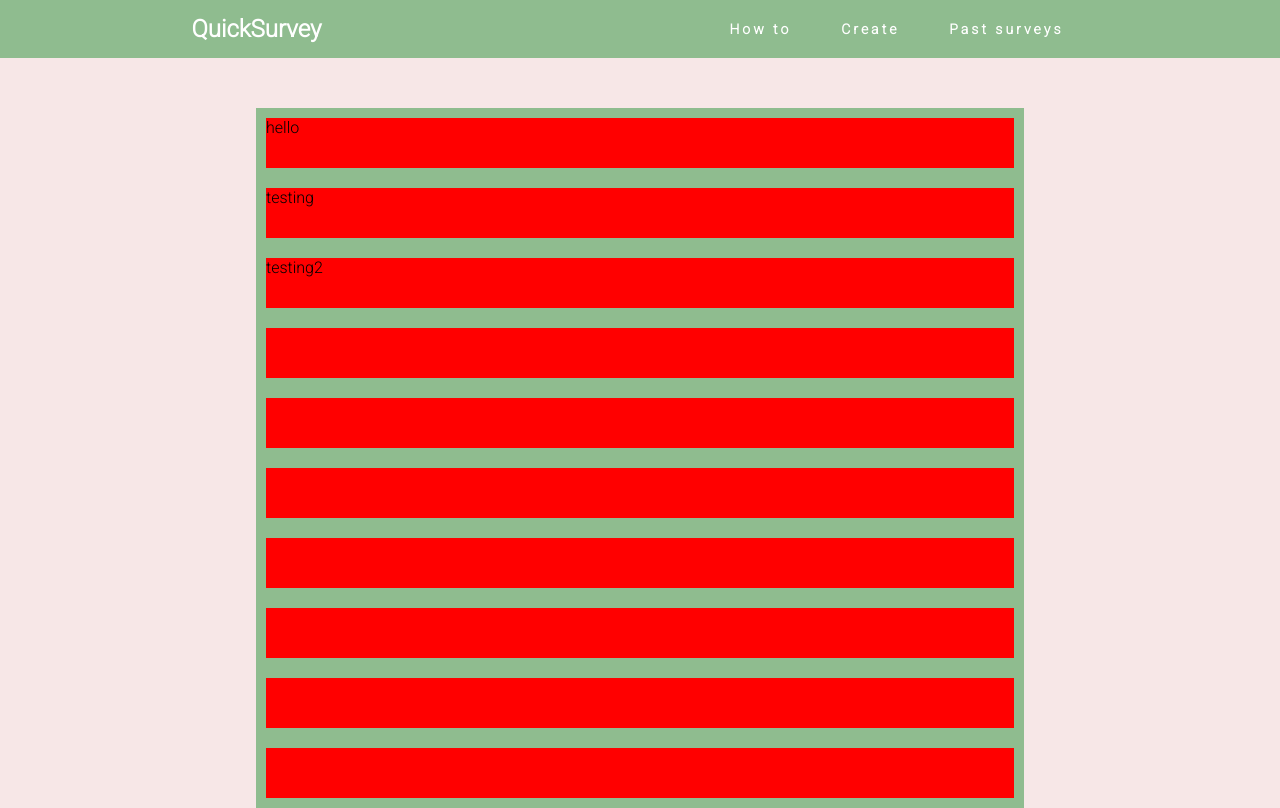
Repository: cakuang1/QuickSurvey
Page: pastsurveys.html
The author's editor kept a copy of each file at every save. The page is drawn from the files as they stood at one save, then again after the next save.
The browser window is 1280 px wide. The pictures show the whole page.
Some web libraries are served in a nearby version.

Above is the page before, as saved 2022-01-06 21:51:05.
Console error: TypeError: Cannot read properties of null (reading 'cloneNode')

After the next save:
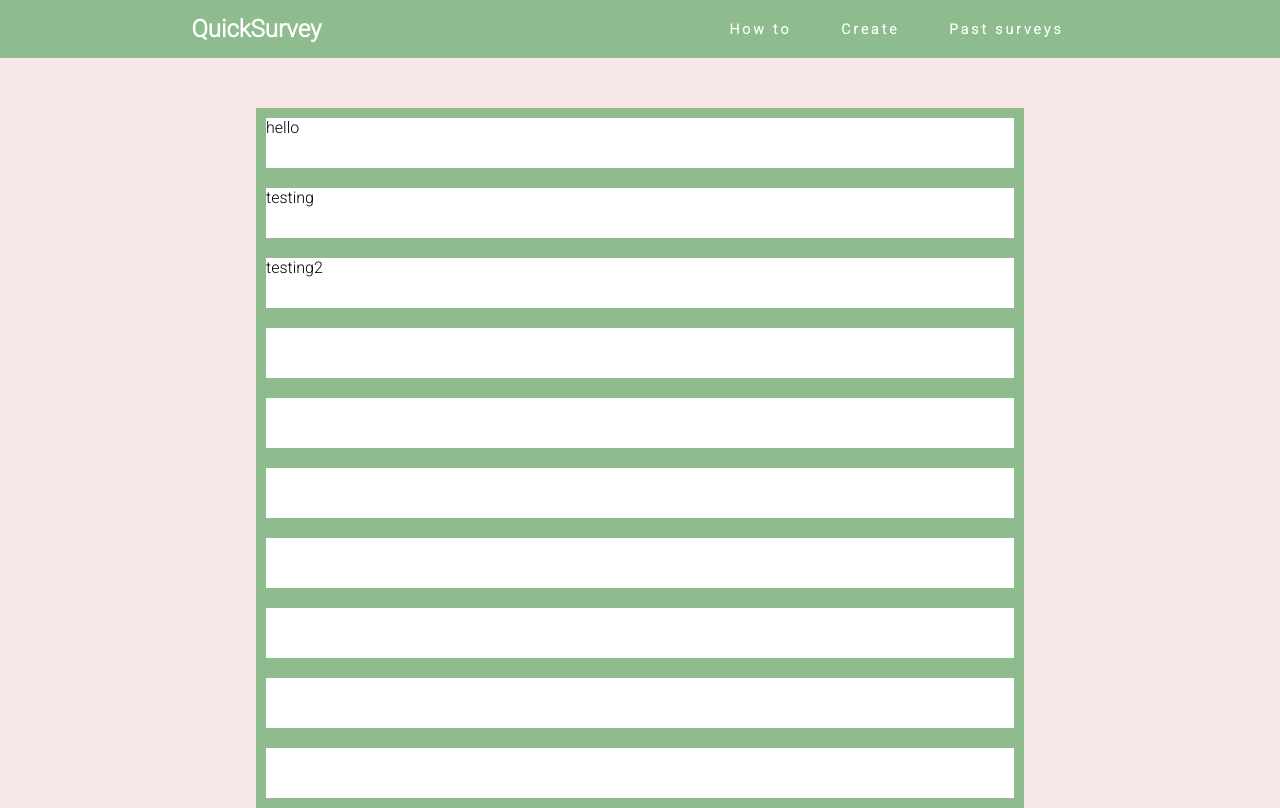
Saved 30 s later.
--- a/style.css
+++ b/style.css
@@ -162,7 +162,7 @@ ol li {
 
 }
 .wrapper .holders {
-    background-color:red;
+    background-color:white;
     margin:10px;
     height: 50px;
 }
